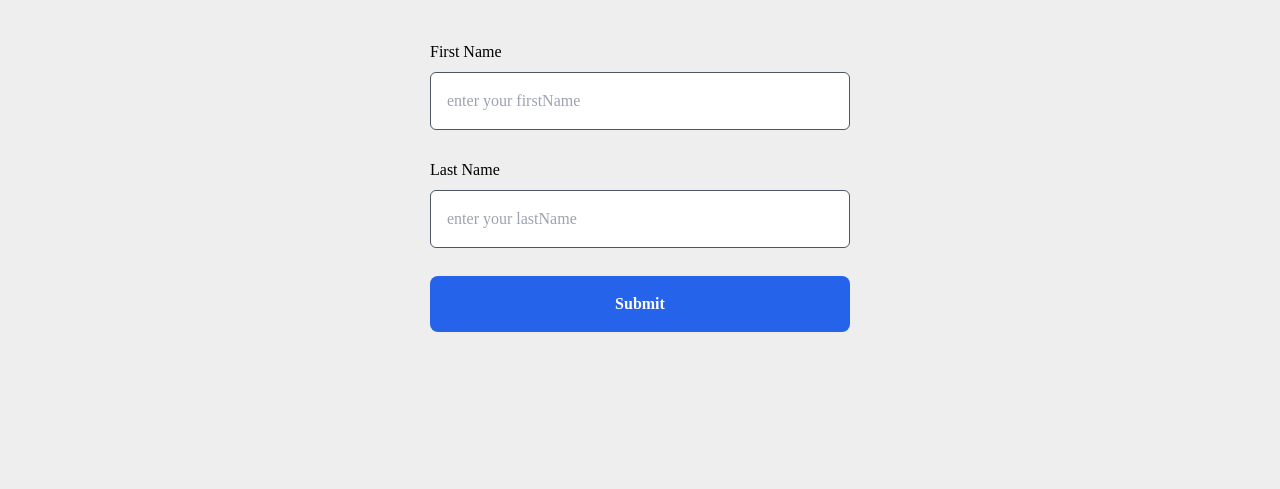
Repository: 16-Doffy/Fe-Khhoahoc
Page: /
An editor plug-in stored every save of this project. The page is shown before and after the next save, followed by the edit.
The browser window is 1280 px wide. The pictures show the whole page.
The project was rebuilt for these pictures with package versions that can differ from the ones it lists, and the page was loaded fresh each time. Also part of the build but not shown: src/App.css.

Above is the page before, as saved 2025-02-11 20:06:09.

### src/index.js
import React from 'react';
import ReactDOM from 'react-dom/client';
import './index.css';
import App from './App';
import reportWebVitals from './reportWebVitals';
import "./index.scss"
const root = ReactDOM.createRoot(document.getElementById('root'));
root.render(
  <React.StrictMode>
    <App />
  </React.StrictMode>
);

// If you want to start measuring performance in your app, pass a function
// to log results (for example: reportWebVitals(console.log))
// or send to an analytics endpoint. Learn more: https://bit.ly/CRA-vitals
reportWebVitals();

### src/App.js
import "./App.css";
import SignUpFormV2Final from "./components/Form/SignUpFormV2Final";


function App() {
  return (
    <div>
      <SignUpFormV2Final />
    </div>
  );
}

export default App;

//<CardList><Card2/>
// const theme = {
//   //wanna change color in the future come here to change
//   colors: {
//     blue: "#2979ff",
//   },
//   orange: "#ffa440",
// };
// {/* <ThemeProvider theme={theme}>
// <CardList>
// <Card2 secondary={true}></Card2>
// <Card2 secondary={false}></Card2>
// <Card2 secondary={true}></Card2>
// <Card2 secondary={false}></Card2>
// <Card2 secondary={true}></Card2>
//  </CardList>
// </ThemeProvider> */}

### src/index.scss
@tailwind base;
@tailwind components;
@tailwind utilities;

@layer base {
    @import url("https://fonts.googleapis.com/css2?family=Poppins:ital,wght@0,100;0,200;0,300;0,400;0,500;0,600;0,700;0,800;0,900;1,100;1,200;1,300;1,400;1,500;1,600;1,700;1,800;1,900&display=swap");
    body{
        font-family: "Poppins", serif;
    }
}
.skeleton {
    background-color: #eee;
    background-image: linear-gradient(110deg, #ececec, 8%,#f5f5f5, 18% , #ececec, 33%);
    border-radius: 5px;
    background-size: 200% 100%;
    animation:  1.5 shine linear infinite;
}
@keyframes shine {
    to {
        background-position-x:-200% ;
    }
}

### src/components/Form/SignUpFormV2Final.js
import React from "react";
import { Formik, Form, Field, ErrorMessage } from "formik";
import * as Yup from "yup";

const SignUpFormV2Final = () => {
  return (
    <Formik
      initialValues={{
        firstName: "",
        lastName: "",
        email: "",
        intro: "",
        job: "",
        terms: false, //check box
      }}
      validationSchema={Yup.object({
        firstName: Yup.string()
          .max(20, "Must be 20 characters or less")
          .required("Required"),
        lastName: Yup.string()
          .max(10, "Must be 10 characters or less")
          .required("Required"),
        email: Yup.string().email("example: guest@gmail.com")
          .required("Required"),
        intro: Yup.string()
          .required("Required"),
        job: Yup.string()
          .required("Required"),
        term: Yup.boolean()

      })}
      onSubmit={(values) => {
        console.log("value", values);
      }}
    >
      <Form className="p-10 w-full max-w-[500px] mx-auto">
        <div className="flex flex-col gap-2 mb-5">
          <label htmlFor="firstName">First Name</label>
          <Field
            name="firstName"
            type="text"
            placeholder="enter your firstName"
            className="p-4 rounded-md border border-gray-600"
          ></Field>
          <div className="text-sm text-red-500">
            <ErrorMessage name="firstName"></ErrorMessage>
          </div>
        </div>

        <div className="flex flex-col gap-2 mb-5">
          <label htmlFor="lastName">Last Name</label>
          <Field
            name="lastName"
            type="text"
            placeholder="enter your lastName"
            className="p-4 rounded-md border border-gray-600"
          ></Field>
          <div className="text-sm text-red-500">
            <ErrorMessage name="lastName"></ErrorMessage>
          </div>
        </div>

        <div>
          <button
            type="submit"
            className="w-full p-4 bg-blue-600 text-white font-semibold rounded-lg"
          >
            Submit
          </button>
        </div>
      </Form>
    </Formik>
  );
};

export default SignUpFormV2Final;

### tailwind.config.js
/** @type {import('tailwindcss').Config} */
module.exports = {
  mode: "jit",
  content: ["./src/**/*.{html,js}"],
  theme: {
    extend: {
      backgroundImage: {
        'radiant': `linear-gradient(0.25turn, #3f87a6, #ebf8e1, #f69d3c)`,
        'footer-texture': "url('/img/footer-texture.png')", // Sửa ở đây
        'secondary-radiant': `linear-gradient(#e66465, #9198e5)`,
      },
    },
  },
  plugins: [],
}

Loaded but not shown: public/index.html (common file); src/index.css (common file); src/reportWebVitals.js (common file)

After the next save:
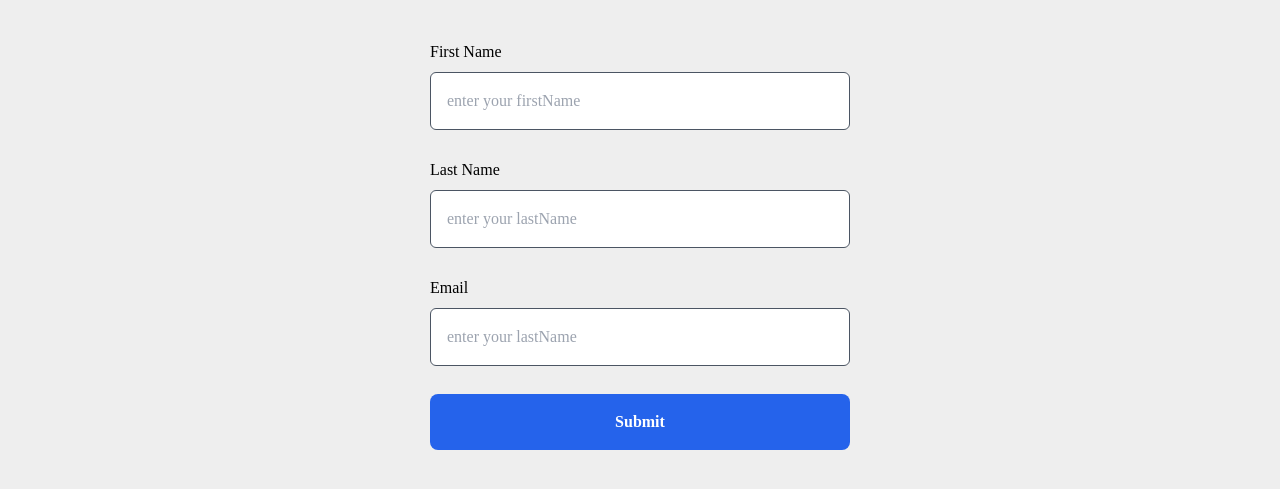
Saved 105 s later.
--- a/src/components/Form/SignUpFormV2Final.js
+++ b/src/components/Form/SignUpFormV2Final.js
@@ -60,6 +60,20 @@ const SignUpFormV2Final = () => {
           </div>
         </div>
 
+
+        <div className="flex flex-col gap-2 mb-5">
+          <label htmlFor="email">Email</label>
+          <Field
+            name="email"
+            type="text"
+            placeholder="enter your lastName"
+            className="p-4 rounded-md border border-gray-600"
+          ></Field>
+          <div className="text-sm text-red-500">
+            <ErrorMessage name="lastName"></ErrorMessage>
+          </div>
+        </div>
+
         <div>
           <button
             type="submit"
